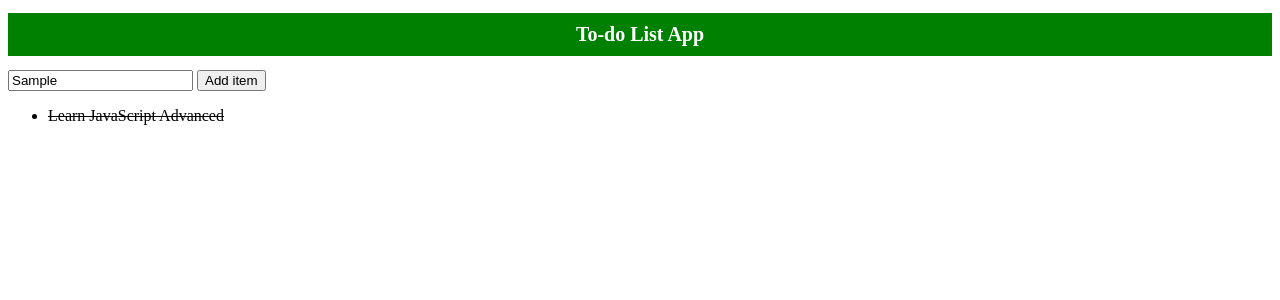
Repository: binhphanbp/WEB2064_JavaScript-Advanced_WD20305
Page: lesson4/lesson4.html
These files come from the project's save history. The page is drawn as it stood at one moment and after the next save; the edit follows.
The browser window is 1280 px wide. The pictures show the whole page.
Empty fields were first filled with sample values (such as "Sample", 5 or name@example.com).
After loading, the first visible `li` was clicked once.

Above is the page before, as saved 2025-09-22 13:36:13.

After the next save:
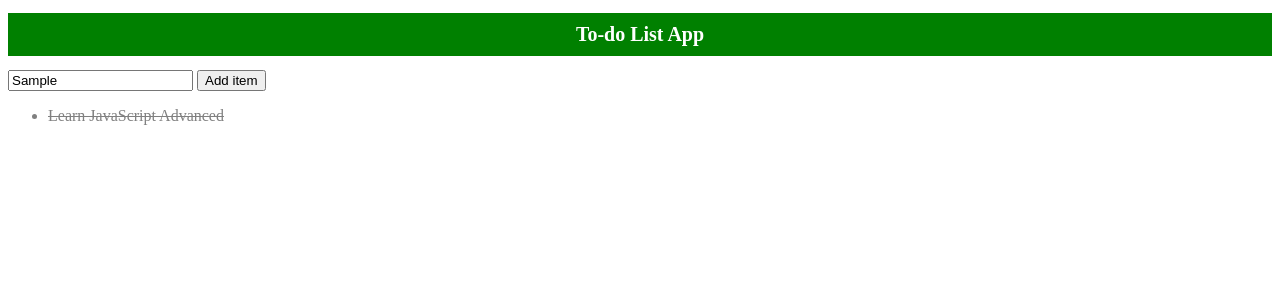
Saved 82 s later.
--- a/lesson4/lesson4.html
+++ b/lesson4/lesson4.html
@@ -17,6 +17,7 @@
 
       .completed {
         text-decoration: line-through;
+        color: gray;
       }
     </style>
   </head>
